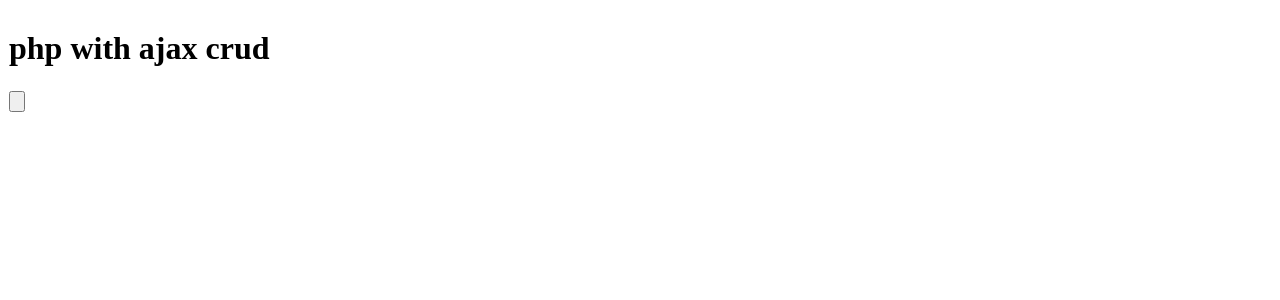
Repository: Tauqeer124/newrepo
Page: http://localhost/showdata.php
An editor plug-in stored every save of this project. The page is shown before and after a run of saves, followed by the edit.
The browser window is 1280 px wide. The pictures show the whole page.
The page is run by PHP 8.4 with error messages shown; the project is at /var/www/html/.

Above is the page before, as saved 2023-04-28 11:47:27.

### showdata.php
<!DOCTYPE html>
<html lang="en">
    <head>
        <title> ajax example</title>
    </head>
    <body>
        <table id="main" border="0" cellspacing="0">
            <tr >
                <td id="header">
                    <h1>php with ajax crud</h1>
                </td>
            </tr>
            <tr>
                <td id="table_load">
                    <input type="button" id="load_button"  >
                </td>
            </tr>
        </table>
    </body>

</html>

After the next 5 saves:
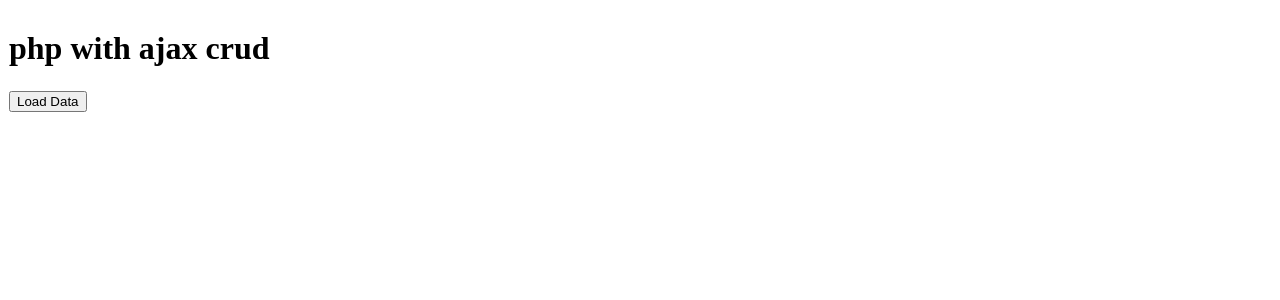
The 5 saves are shown as one change because they came seconds apart.
The last was saved 19 s later.
--- a/showdata.php
+++ b/showdata.php
@@ -12,7 +12,7 @@
             </tr>
             <tr>
                 <td id="table_load">
-                    <input type="button" id="load_button"  >
+                    <input type="button" id="load_button" value="Load Data" >
                 </td>
             </tr>
         </table>
